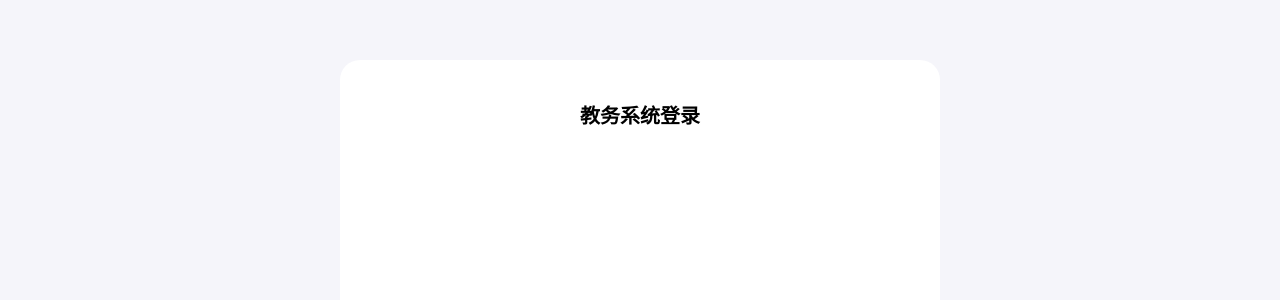
Repository: yangziteng/System
Page: / (app in myreact/)
An editor plug-in stored every save of this project. The page is shown before and after the next save, followed by the edit.
The browser window is 1280 px wide. The pictures show the whole page.
The project was rebuilt for these pictures with package versions that can differ from the ones it lists, and the page was loaded fresh each time. Also part of the build but not shown: myreact/vite.config.js, myreact/src/App.css, myreact/src/App.jsx, myreact/src/log.jsx.

Above is the page before, as saved 2022-07-08 12:02:49.

### myreact/src/main.jsx
import React from 'react'
import ReactDOM from 'react-dom/client'
import App from './App'
import LOG from './log'
import './index.css'
import Login from "./pages/Login/Login"
const p = {name:"杨",age:12}
ReactDOM.createRoot(document.getElementById('root')).render(
  <React.StrictMode>
    {/* //解构赋值 语法 */}

    <Login/>


  </React.StrictMode>
)

### myreact/src/pages/Login/Login.jsx
import { useState } from 'react'
import { Component  } from 'react'
import "./Login.css"
class Login extends Component{
    constructor(){
        super()
    }
    render(){
        return (
            <div className='bgc'>
               <div className='model'>
                   <div className='model-head'>教务系统登录</div>
               </div>
            </div>
        )
    }
}
export default Login

### myreact/src/pages/Login/Login.css

.bgc{
    background-color: rgba(245,245,250);
    width: 100vw;
    height: 100vh;
    display:flex;
    align-items: center;
}
.model{
    width: 600px;
    height: 600px;
    background-color: white;
    border-radius: 20px;
    margin:0 auto;
}
.model-head{
    text-align: center;
    margin-top:40px;
    font-size: 20px;
    font-weight: 800;
}
.model-body{
    display: flex;
    align-items: center;
}

Loaded but not shown: myreact/index.html (common file); myreact/src/index.css (common file)

After the next save:
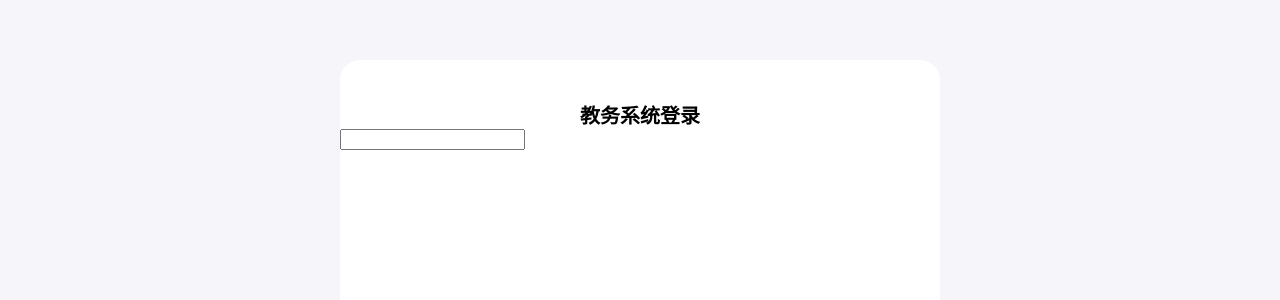
Saved 3 s later.
--- a/myreact/src/pages/Login/Login.jsx
+++ b/myreact/src/pages/Login/Login.jsx
@@ -1,16 +1,19 @@
 import { useState } from 'react'
-import { Component  } from 'react'
+import { Component } from 'react'
 import "./Login.css"
-class Login extends Component{
-    constructor(){
+class Login extends Component {
+    constructor() {
         super()
     }
-    render(){
+    render() {
         return (
             <div className='bgc'>
-               <div className='model'>
-                   <div className='model-head'>教务系统登录</div>
-               </div>
+                <div className='model'>
+                    <div className='model-head'>教务系统登录</div>
+                    <div className='model-body'>
+                        <input type="text" />
+                    </div>
+                </div>
             </div>
         )
     }
